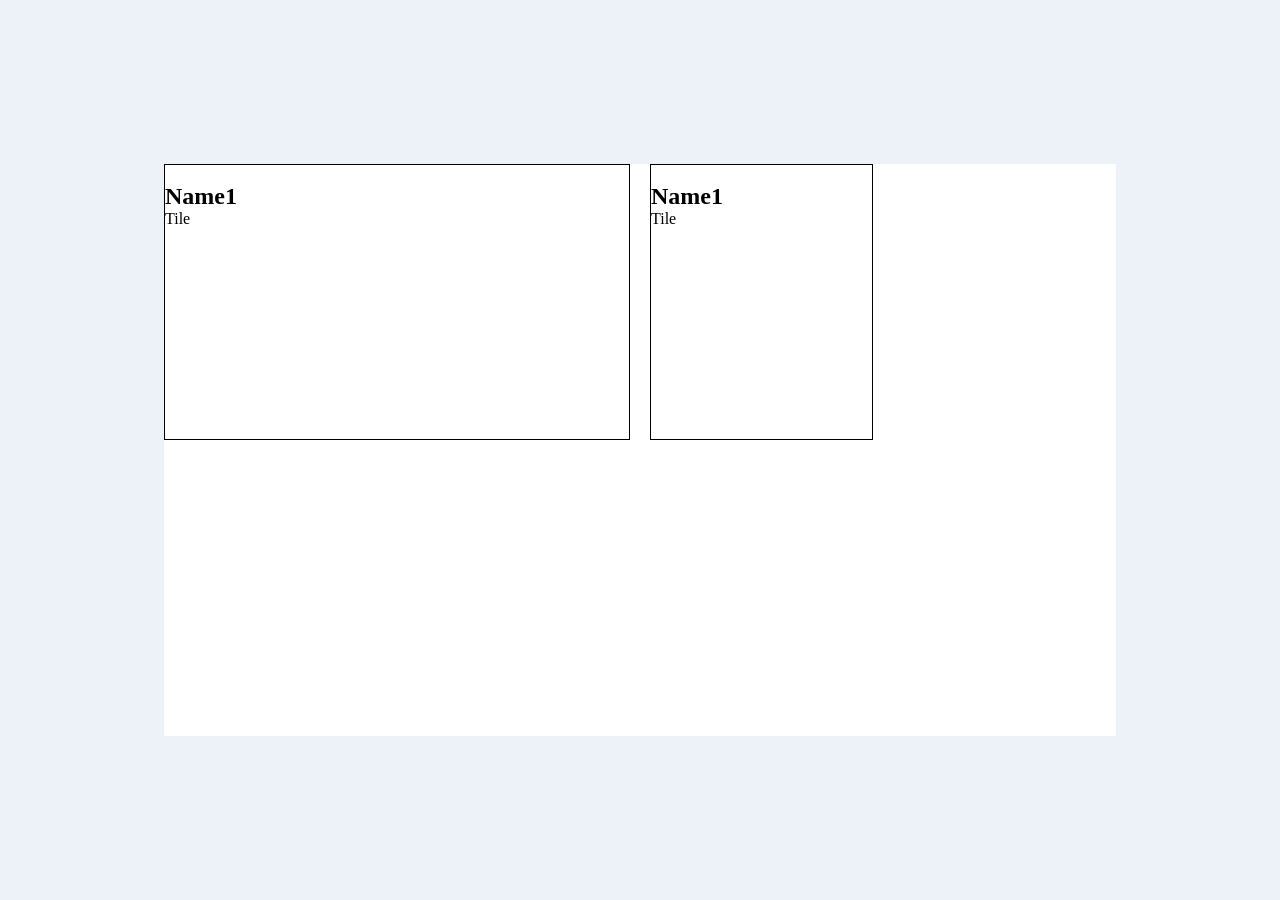
Repository: brandontaylor1/testimonial-card
Page: index.html
These files come from the project's save history. The page is drawn as it stood at one moment and after the next save; the edit follows.
The browser window is 1280 px wide. The pictures show the whole page.

Above is the page before, as saved 2025-01-10 22:56:47.

After the next save:
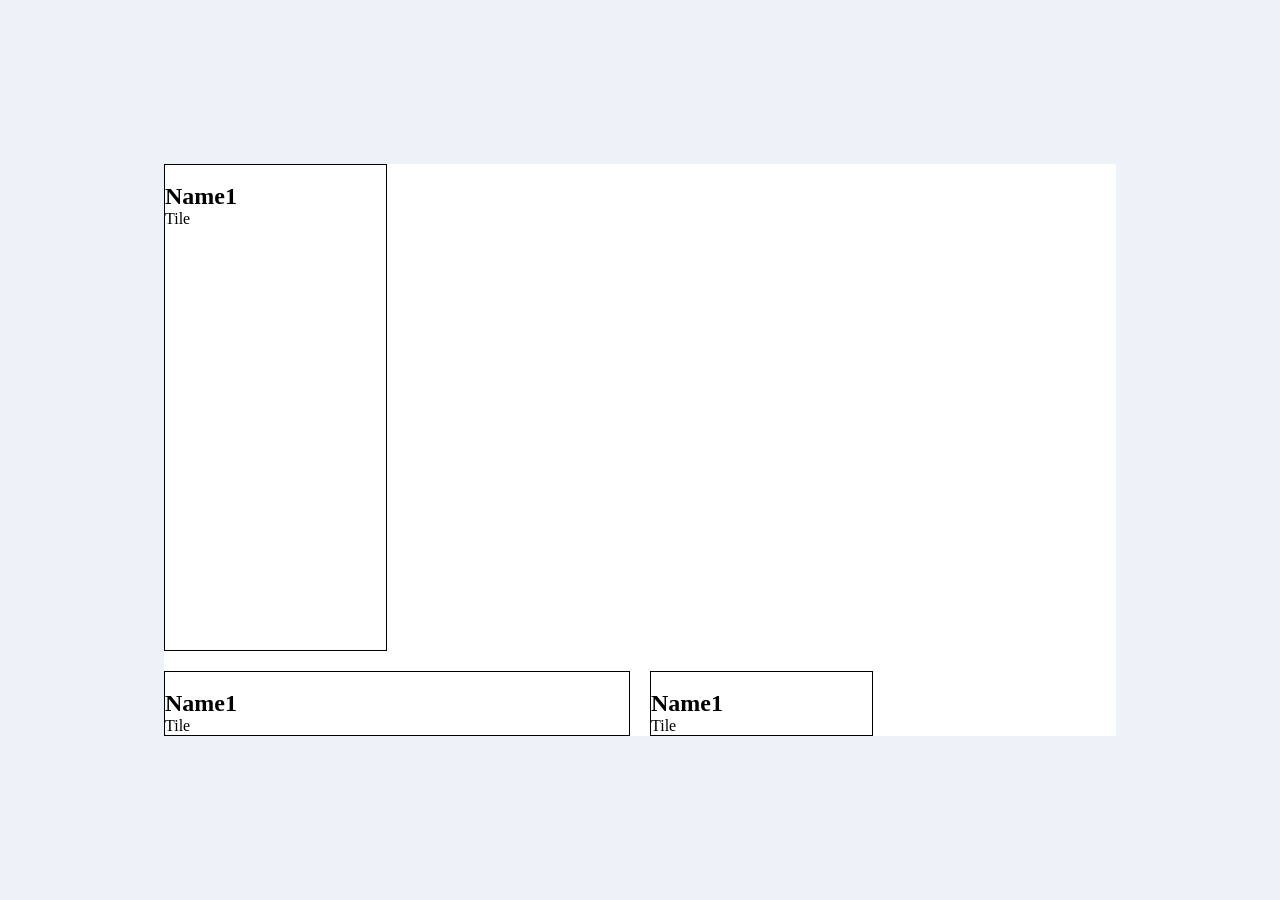
Saved 15 s later.
--- a/index.html
+++ b/index.html
@@ -34,6 +34,18 @@
                 <h1 class="card-heading"></h1>
                 <h2 class="card-subheading"></h2>
             </div>
+            <div class="card" id="card-3">
+                <div class="profile-content">
+                    <img src="" alt="" class="profile-img">
+                    <div class="profile-text">
+                        <h2>Name1</h2>
+                        <p>Tile</p>
+                    </div>
+                </div>
+                <h1 class="card-heading"></h1>
+                <h2 class="card-subheading"></h2>
+            </div>
+
 
 
         </main>
